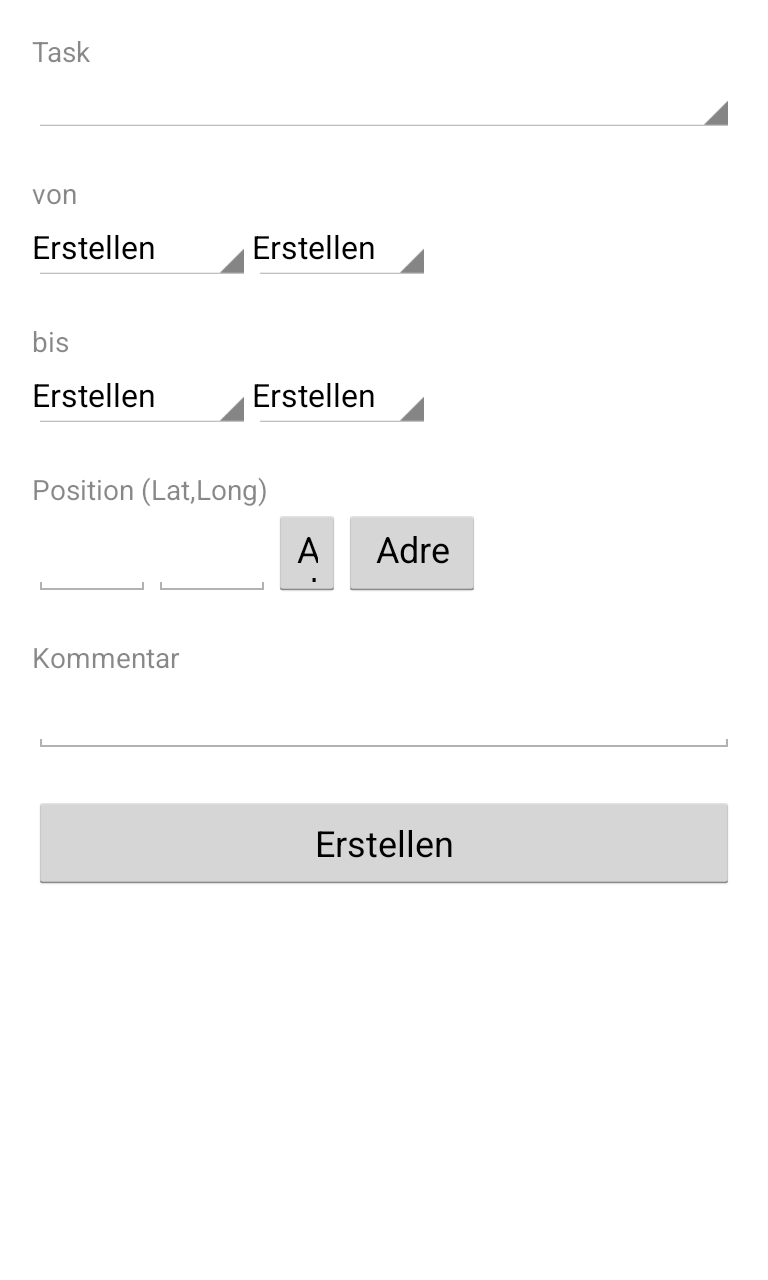
Repository: floriandrs/ttracker
Layout: TTracker/res/layout/activity_create_new_track.xml
An editor plug-in stored every save of this project. The layout is shown before and after the next save, followed by the edit.
It is drawn on a 768 x 1280 px phone screen (xhdpi) without system bars, with theme AppTheme; the app's code is not run.

Above is the layout before, as saved 2015-02-25 19:47:42.

### TTracker/res/layout/activity_create_new_track.xml
<RelativeLayout xmlns:android="http://schemas.android.com/apk/res/android"
    xmlns:tools="http://schemas.android.com/tools"
    android:layout_width="match_parent"
    android:layout_height="match_parent"
    android:paddingBottom="@dimen/activity_vertical_margin"
    android:paddingLeft="@dimen/activity_horizontal_margin"
    android:paddingRight="@dimen/activity_horizontal_margin"
    android:paddingTop="@dimen/activity_vertical_margin"
    tools:context="com.slart.ttracker.activitiy.EditTrackActivity" >

    <TextView
        android:id="@+id/trackLabel"
        android:text="@string/track"
        style="@style/FormLabel"
        android:layout_marginTop="0dp" />

    <Spinner
        android:id="@+id/track"
        android:layout_width="match_parent"
        android:layout_height="wrap_content"
        android:layout_below="@id/trackLabel" />

    <TextView
        android:id="@+id/startLabel"
        android:layout_below="@id/track"
        android:text="@string/from"
        style="@style/FormLabel" />

    <Button
        android:id="@+id/startDate"
        android:layout_width="110dp"
        android:layout_height="35dp"
        android:layout_below="@id/startLabel"
        style="?android:attr/spinnerStyle"
        android:text="@string/create"
        android:onClick="setStartDate" />

    <Button
        android:id="@+id/startTime"
        android:layout_width="90dp"
        android:layout_height="35dp"
        android:layout_below="@id/startLabel"
        android:layout_toRightOf="@id/startDate"
        style="?android:attr/spinnerStyle"
        android:text="@string/create"
        android:onClick="setStartTime" />

    <TextView
        android:id="@+id/endLabel"
        android:layout_below="@id/startTime"
        android:text="@string/to"
        style="@style/FormLabel" />


    <Button
        android:id="@+id/endDate"
        android:layout_width="110dp"
        android:layout_height="35dp"
        android:layout_below="@id/endLabel"
        style="?android:attr/spinnerStyle"
        android:text="@string/create"
        android:onClick="setEndDate" />

    <Button
        android:id="@+id/endTime"
        android:layout_width="90dp"
        android:layout_height="35dp"
        android:layout_below="@id/endLabel"
        android:layout_toRightOf="@id/endDate"
        style="?android:attr/spinnerStyle"
        android:text="@string/create"
        android:onClick="setEndTime" />

    <TextView
        android:id="@+id/locationLabel"
        android:layout_below="@id/endTime"
        android:text="@string/location"
        style="@style/FormLabel" />

    <EditText
        android:id="@+id/lat"
        android:layout_width="60dp"
        android:layout_height="45dp"
        android:layout_below="@id/locationLabel" />

    <EditText
        android:id="@+id/lon"
        android:layout_width="60dp"
        android:layout_height="45dp"
        android:layout_below="@id/locationLabel"
        android:layout_toRightOf="@id/lat" />

    <Button
        android:id="@+id/locationButton"
        android:layout_width="35dp"
        android:layout_height="45dp"
        android:layout_below="@id/locationLabel"
        android:text="@string/location_update"
        android:onClick="onLocationUpdateButtonClick"
        android:layout_toRightOf="@id/lon" />

    <Button
        android:id="@+id/georefButton"
        android:layout_width="70dp"
        android:layout_height="45dp"
        android:layout_below="@id/locationLabel"
        android:text="@string/location_update"
        android:onClick="onGeorefButtonClick"
        android:layout_toRightOf="@id/locationButton" />

    <TextView
        android:id="@+id/commentLabel"
        android:layout_below="@id/locationButton"
        android:text="@string/comment"
        style="@style/FormLabel" />

    <EditText
        android:id="@+id/comment"
        android:layout_below="@id/commentLabel"
        style="@style/FormWidthHeight" />

	<Button
        android:id="@+id/enter"
		android:layout_alignParentRight="true"
        android:layout_below="@id/comment"
        style="@style/FormTopMargin"
        android:text="@string/create"
        android:onClick="onCreateNewTrack" />


</RelativeLayout>

### TTracker/res/values/styles.xml
<resources>

    <!--
        Base application theme, dependent on API level. This theme is replaced
        by AppBaseTheme from res/values-vXX/styles.xml on newer devices.
    -->
    <style name="AppBaseTheme" parent="android:Theme.Light">
        <!--
            Theme customizations available in newer API levels can go in
            res/values-vXX/styles.xml, while customizations related to
            backward-compatibility can go here.
        -->
    </style>

    <!-- Application theme. -->
    <style name="AppTheme" parent="AppBaseTheme">
        <!-- All customizations that are NOT specific to a particular API-level can go here. -->
    </style>


    <style name="FormWidthHeight">
        <item name="android:layout_width">match_parent</item>
        <item name="android:layout_height">wrap_content</item>
    </style>

    <style name="FormTopMargin" parent="@style/FormWidthHeight">
        <item name="android:layout_marginTop">20dp</item>
    </style>

    <style name="FormLabel" parent="@style/FormTopMargin">
        <item name="android:textColor">#77000000</item>
        <item name="android:textSize">14dp</item>
    </style>

</resources>

### TTracker/res/values/strings.xml
<?xml version="1.0" encoding="utf-8"?>
<resources>

    <string name="app_name">TTracker</string>
    <string name="action_settings">Settings</string>
    <string name="hello_world">Hello world!</string>
    <string name="hello_blank_fragment">Hello blank fragment</string>
    <string name="title_activity_view_all_tracks">ViewAllTracksActivity</string>
    <string name="title_activity_edit_track">Neue Aktivitaet anlegen</string>
    <string name="title_activity_stats">StatsActivity</string>
    <string name="title_activity_stats_simple">StatsSimple</string>
    <string name="title_activity_stats_average">StatsAverageActivity</string>
    <string name="main_open_create_new_track_label">Start new</string>
    <string name="open_view_all">Track-Liste öffnen</string>
    <string name="open_time_filter_stats">Tracks pro Zeitraum</string>
    <string name="open_activity_stats">Analyse</string>
    <string name="open_activity_stats_simple">Summen pro Kategorie</string>
    <string name="open_activity_stats_average">Durchschnitt pro Kategorie</string>
    <string name="open_activity_view_all_categories">Kategorien verwalten</string>
    <string name="open_create_new_track">Neuen Track starten</string>
    <string name="close_current_track">Aktiven Track stoppen</string>
    <string name="update_current_track">Aktiven Track editieren</string>
    <string name="current_track_label">Aktiver Track:</string>
    <string name="create">Erstellen</string>
    <string name="created_category">Neue Kategorie wurde erstellt: </string>
    <string name="category_already_exists">Kategorie existiert bereits: </string>
    <string name="add">Hinzufügen</string>
    <string name="delete">Löschen</string>
    <string name="update">Aktualisieren</string>
    <string name="location_update">Adresse</string>
    <string name="now">jetzt</string>
    <string name="today">heute</string>
    <string name="since">seit</string>
    <string name="empty">-</string>
    <string name="none">Kein aktiver Track</string>
    <string name="location">Position (Lat,Long)</string>
    <string name="comment">Kommentar</string>
    <string name="track">Task</string>
    <string name="from">von</string>
    <string name="to">bis</string>
    <string name="started_new_track">Neuer Track gestartet:</string>
    <string name="updated_track">Track aktualisiert:</string>
    <string name="update_track">Bearbeiten</string>
    <string name="delete_track">Löschen</string>
    <string name="export_track_to_calendar">Export an Kalender</string>
    <string name="view_track_in_map">In Karte ansehen</string>

    <string name="no_network">Keine Netzwerkverbindung!</string>
    <string name="address_lookup_start">Adresse wird georeferenziert...</string>
    <string name="lat_or_lon_must_be_set">Lat und Lon müssen ausgefüllt sein</string>
    <string name="address_lookup_finish">Adresse gefunden</string>
    <string name="invalid_geocoding_result">Adresse konnte nicht verarbeitet werden</string>
    <string name="web_error">Fehler beim laden der Seite</string>

    <string name="category_name">Kategorie-Name</string>

    <string-array name="tracks_array">
        <item>Programmieren</item>
        <item>Meeting</item>
        <item>Testing</item>
    </string-array>

    <string name="title_activity_edit_categories">EditCategoriesActivity</string>
    <string name="title_activity_edit_category">EditCategoryActivity</string>
    <string name="title_activity_view_all_categories">ViewAllCategoriesActivity</string>

</resources>

Loaded but not shown: TTracker/res/values-v11/styles.xml (common file); TTracker/res/values-v14/styles.xml (common file); TTracker/res/values/dimens.xml (common file); TTracker/res/values-w820dp/dimens.xml (common file)

After the next save:
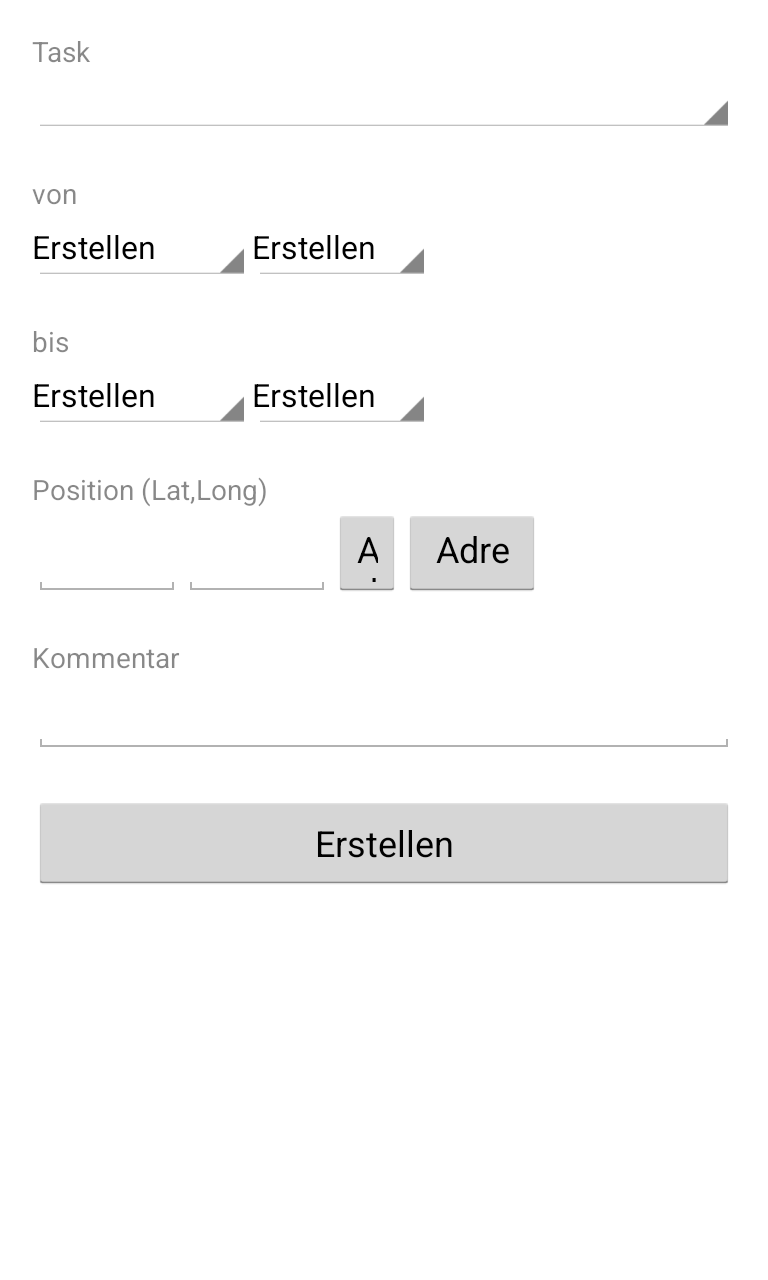
Saved 37 s later.
--- a/TTracker/res/layout/activity_create_new_track.xml
+++ b/TTracker/res/layout/activity_create_new_track.xml
@@ -79,13 +79,13 @@
 
     <EditText
         android:id="@+id/lat"
-        android:layout_width="60dp"
+        android:layout_width="75dp"
         android:layout_height="45dp"
         android:layout_below="@id/locationLabel" />
 
     <EditText
         android:id="@+id/lon"
-        android:layout_width="60dp"
+        android:layout_width="75dp"
         android:layout_height="45dp"
         android:layout_below="@id/locationLabel"
         android:layout_toRightOf="@id/lat" />
